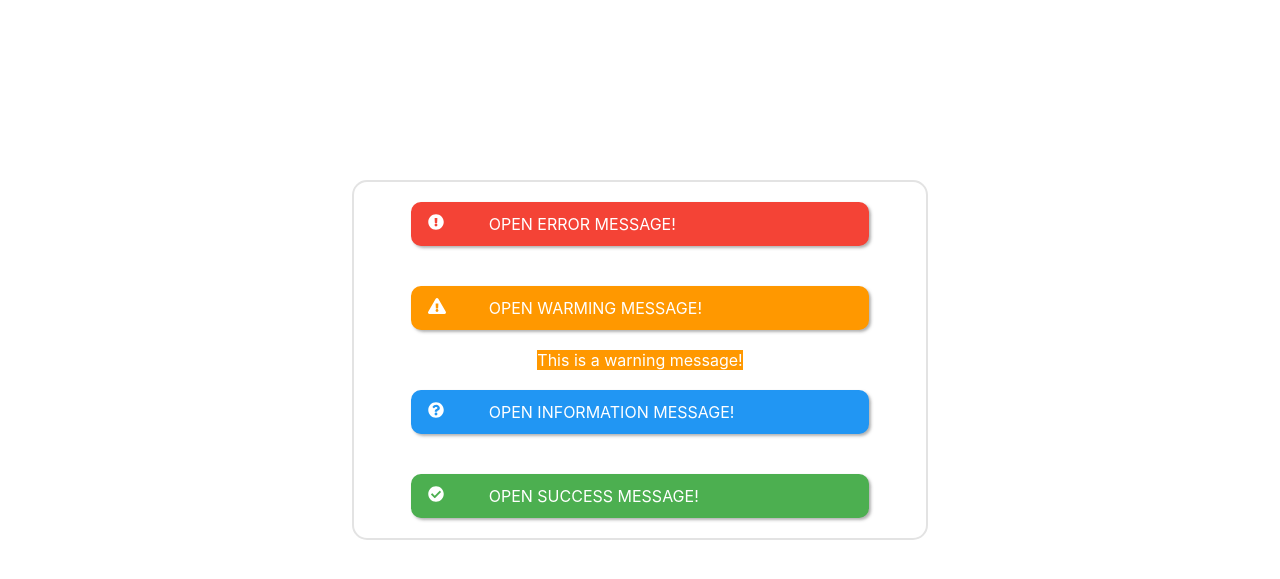
Repository: KrzysKolo/sr_tydzien5_zad2
Page: /, after clicking the first element matching `div.wrapper--btn > :nth-child(2)`
The author's editor kept a copy of each file at every save. The page is drawn from the files as they stood at one save, then again after the next save.
The browser window is 1280 px wide. The pictures show the whole page.
The project was rebuilt for these pictures with package versions that can differ from the ones it lists, and the page was loaded fresh each time.

Above is the page before, as saved 2020-12-28 03:33:05.

### public/index.html
<!DOCTYPE html>
<html lang="en">
  <head>
    <meta charset="utf-8" />
    <link rel="icon" href="%PUBLIC_URL%/favicon.ico" />
    <meta name="viewport" content="width=device-width, initial-scale=1" />
    <meta name="theme-color" content="#000000" />
    <meta
      name="description"
      content="Web site created using create-react-app"
    />
    <link rel="apple-touch-icon" href="%PUBLIC_URL%/logo192.png" />
    <!--
      manifest.json provides metadata used when your web app is installed on a
      user's mobile device or desktop. See https://developers.google.com/web/fundamentals/web-app-manifest/
    -->
    <link rel="manifest" href="%PUBLIC_URL%/manifest.json" />
    <!--
      Notice the use of %PUBLIC_URL% in the tags above.
      It will be replaced with the URL of the `public` folder during the build.
      Only files inside the `public` folder can be referenced from the HTML.

      Unlike "/favicon.ico" or "favicon.ico", "%PUBLIC_URL%/favicon.ico" will
      work correctly both with client-side routing and a non-root public URL.
      Learn how to configure a non-root public URL by running `npm run build`.
    -->
    <title>Zad 2 - snackbar</title>
  </head>
  <body>
    <noscript>You need to enable JavaScript to run this app.</noscript>
    <div id="root"></div>
    <!--
      This HTML file is a template.
      If you open it directly in the browser, you will see an empty page.

      You can add webfonts, meta tags, or analytics to this file.
      The build step will place the bundled scripts into the <body> tag.

      To begin the development, run `npm start` or `yarn start`.
      To create a production bundle, use `npm run build` or `yarn build`.
    -->
  </body>
</html>

### src/App.js
import React from 'react';
import Buttons from './components/Buttons';
import './App.css';
const App = () => {
  return (
    <div className="wrapper--btn">
      <Buttons />
    </div>
  )
}

export default App;

### src/components/Buttons.js
import React, {useState} from 'react';
import ButtonsData from './../data/ButtonsData';
import Button from './Button';
import Snackbar from './Snackbar';

const Buttons = () => {

    return (
        <>
            {ButtonsData.map(button =>
                <Button key={button.id} data={button}/>
            )}

        </>
    )
}

export default Buttons;

### src/App.css
* {
  box-sizing: border-box;
  margin: 0;
  position: relative;
}
body {
  width: 100vw;
  height: 100vh;
  display: flex;
  flex-direction: row;
  justify-content: center;
  align-items: center;
}
.wrapper--btn {
  border: 2px solid #e3e3e3;
  border-radius: 15px;
  width: 45vw;
  display: flex;
  flex-direction: column;
  justify-content: center;
  align-items: center;
}
.btn {
  border-radius: 10px;
  color: rgb(240, 239, 244);
  cursor: pointer;
  outline: none;
  padding: 10px 15px;
  margin: 20px;
  width: 80%;
  display: grid;
  grid-template-columns: 0.5fr 3fr;
  box-shadow: 2px 2px 3px rgba(102, 102, 102, 0.5);
  transition: all 0.3s ease-in-out;
}
.error {
  color: white;
  background: rgb(244, 67, 54);
}

.success {
  color: white;
  background: rgb(76, 175, 80);
}
.information {
  color: white;
  background: rgb(33, 150, 243);
}

.warning {
  background: rgb(255, 152, 0);
  color: white;
}

### src/data/ButtonsData.js
const ButtonsData = [
    {
      id: 0,
      name: "OPEN ERROR MESSAGE!",
      color: "rgb(244, 67, 54)",
      icon: "faExclamationCircle",
      type: "error",
      message: "This is an error message!",
    },
    {
      id: 1,
      name: "OPEN WARMING MESSAGE!",
      color: "rgb(255, 152, 0)",
      icon: "faExclamationTriangle",
      type: "warning",
      message: "This is a warning message!",
    },
    {
      id: 2,
      name: "OPEN INFORMATION MESSAGE!",
      color: "rgb(33, 150, 243)",
      icon: "faQuestionCircle",
      type: "information",
      message: "This is an information message!",
    },
    {
      id: 3,
      name: "OPEN SUCCESS MESSAGE!",
      color: "rgb(76, 175, 80)",
      icon: "faCheckCircle",
      type: "success",
      message: "This is a success message!",
    },

  ]
 export default ButtonsData;

### src/components/Button.js
import React, { useState } from 'react';
import Icons from './Icons';
import Snackbar from './Snackbar';


const Button = ({data } ) => {

    const [isHover, setIsHover] = useState(false);
    const OutStyle = {
        border: `2px solid ${data.color}`,
        background: data.color,
        color: "#fff",
      };

      const OverStyle = {
        border: `2px solid ${data.color}`,
        backgroundColor: "#fff",
        color: data.color,

      };
      /*const event = data.event;
      const switchFunction = (event) => {
        switch (event) {
                case 'handleClick': handleClick(); break;
               case 'handleClickWarming': handleClickWarming(); break;
                case 'handleClickInformation': handleClickInformation(); break;
                case 'handleClickSuccess': handleClickSuccess(); break;
                default: return null;
                }
    }

     const handleClickWarming = () => {
        console.log(data.info);
    };
    const handleClickInformation = () => {
        console.log(data.info);
    };
    const handleClickSuccess = () => {
        console.log(data.info);
    }; */

    const [isShownSnackbar, setIsShownSnackbar] = useState(false);
    const handleClick = () => {

        setIsShownSnackbar(true);

    };
    return (
        <>

        <div className="btn"
        /* onClick={() => switchFunction(event)} */
        onClick={handleClick}
        style={isHover ? OverStyle : OutStyle}
        onMouseOver={() => setIsHover(true)}
        onMouseOut={() => setIsHover(false)}>
            <Icons icon={data.icon}/>
             {data.name}
        </div>
        {isShownSnackbar && <Snackbar type={data.type} message={data.message} icon={data.icon} />}
        </>
    )
}

export default Button;

### src/components/Snackbar.js
import React from 'react';

const Snackbar = ({type, message}) => {
    return (
        <div className={`${type}`}>
           {message}
        </div>
    )
}

export default Snackbar

### src/components/Icons.js
import React from 'react';
import { FontAwesomeIcon } from '@fortawesome/react-fontawesome';
import { faCheckCircle, faQuestionCircle, faExclamationTriangle, faExclamationCircle } from '@fortawesome/free-solid-svg-icons';

const Icons = ({icon}) => {

        switch (icon) {
            case 'faExclamationCircle': return <FontAwesomeIcon icon={faExclamationCircle} />;
            case 'faExclamationTriangle': return <FontAwesomeIcon icon={faExclamationTriangle} />;
            case 'faQuestionCircle': return <FontAwesomeIcon icon={faQuestionCircle} />;
            case 'faCheckCircle': return <FontAwesomeIcon icon={faCheckCircle} />;
            default: return null;
            }



}

export default Icons;

Loaded but not shown: src/index.js (common file); src/index.css (common file)

After the next save:
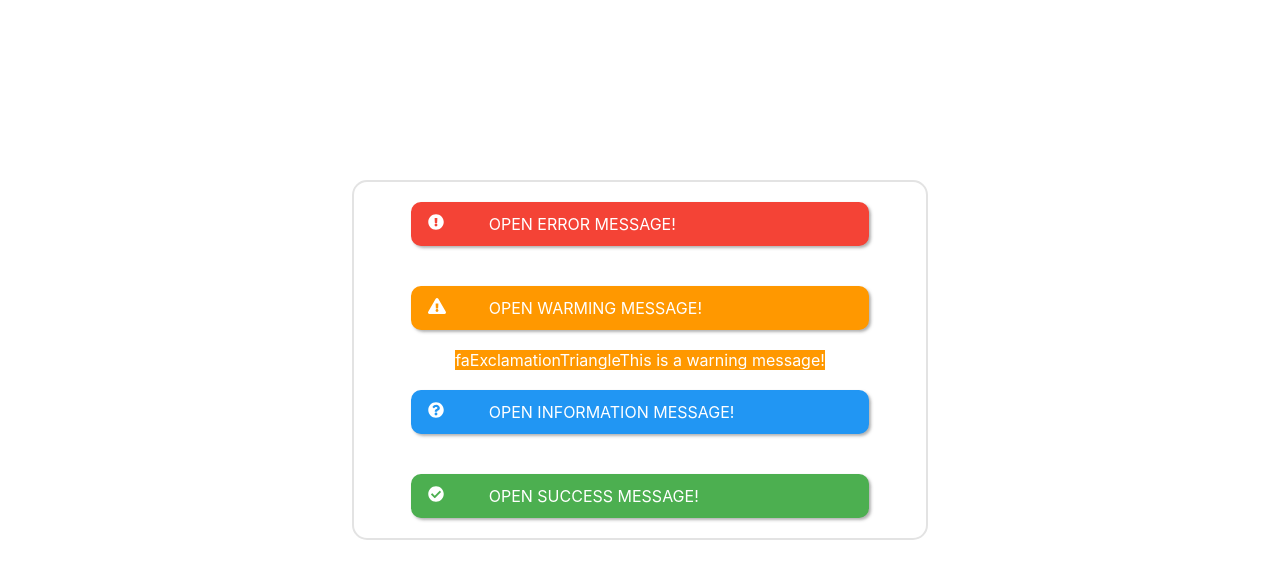
Saved 25 s later.
--- a/src/components/Snackbar.js
+++ b/src/components/Snackbar.js
@@ -1,9 +1,9 @@
 import React from 'react';
 
-const Snackbar = ({type, message}) => {
+const Snackbar = ({type, message, icon}) => {
     return (
         <div className={`${type}`}>
-           {message}
+           {icon}{message}
         </div>
     )
 }
